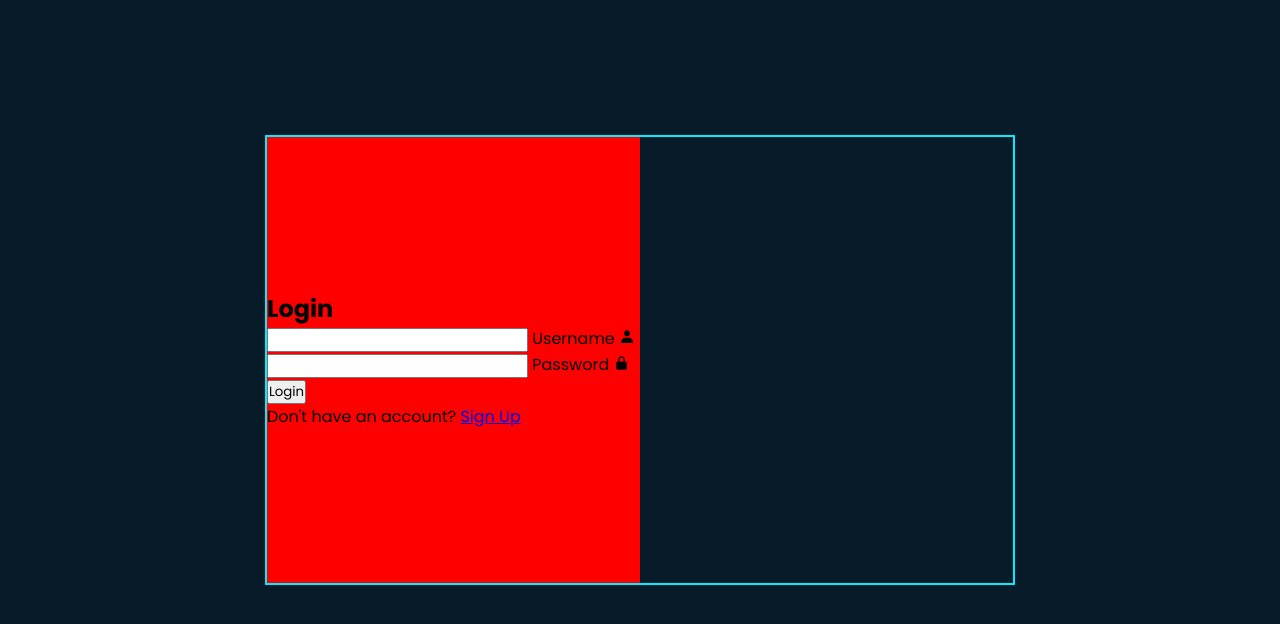
Repository: swastikjhacoder/Login-Registration-HTML
Page: index.html
The author's editor kept a copy of each file at every save. The page is drawn from the files as they stood at one save, then again after a run of saves.
The browser window is 1280 px wide. The pictures show the whole page.

Above is the page before, as saved 2023-09-18 14:26:47.
Not found: js/toastify.js

After the next 8 saves:
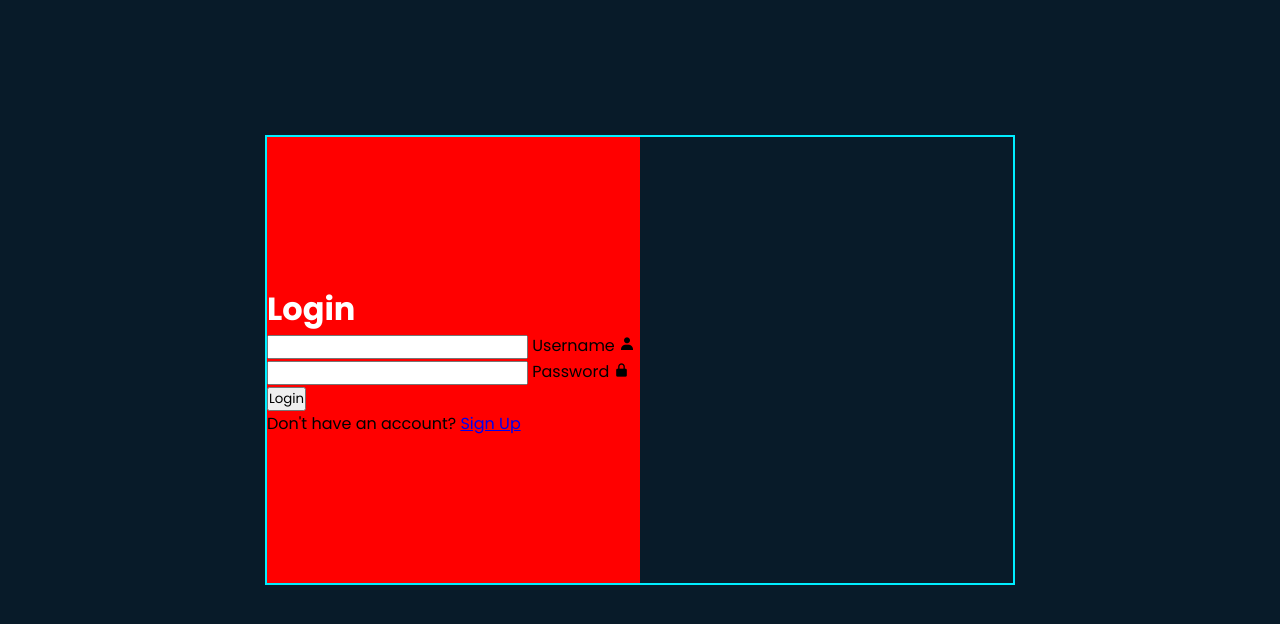
The 8 saves are shown as one change because they came seconds apart.
The last was saved 31 s later.
--- a/style.css
+++ b/style.css
@@ -35,5 +35,7 @@ body {
 }
 
 .form-box h2 {
+    font-size: 32px;
+    color: #fff;
 
 }
